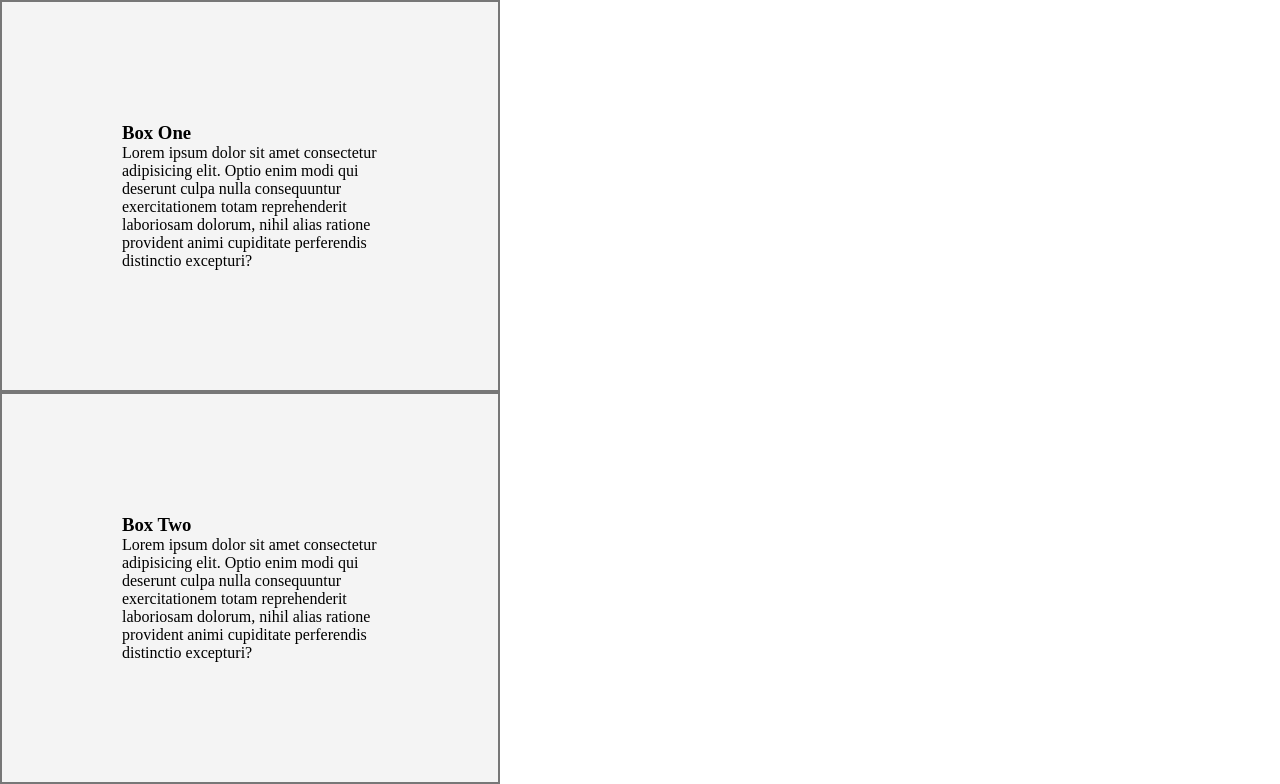
Repository: andiausrust/css-traversy
Page: box_model_margin_padding/index.html
An editor plug-in stored every save of this project. The page is shown before and after the next save, followed by the edit.
The browser window is 1280 px wide. The pictures show the whole page.

Above is the page before, as saved 2020-08-19 20:57:55.

After the next save:
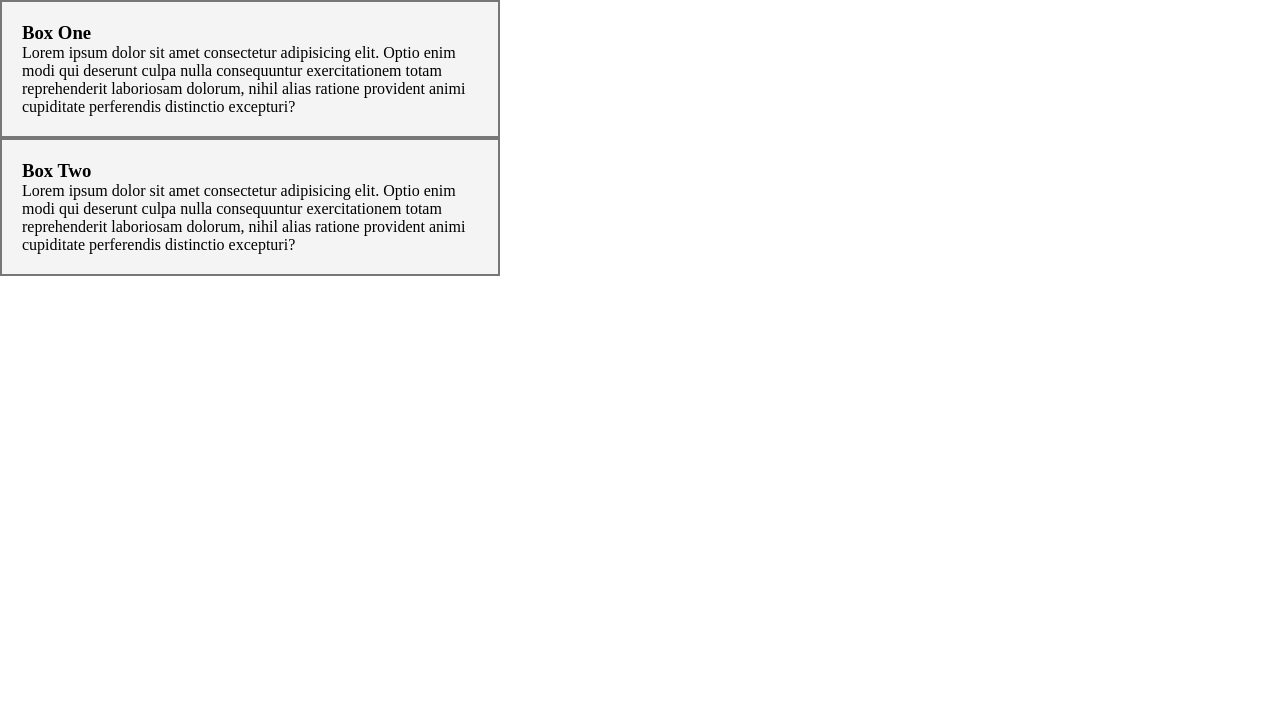
Saved 15 s later.
--- a/box_model_margin_padding/css/style.css
+++ b/box_model_margin_padding/css/style.css
@@ -8,5 +8,5 @@
     background: #f4f4f4;
     border: 2px #777 solid;
     width: 500px;
-    padding: 120px;
+    padding: 20px;
 }
